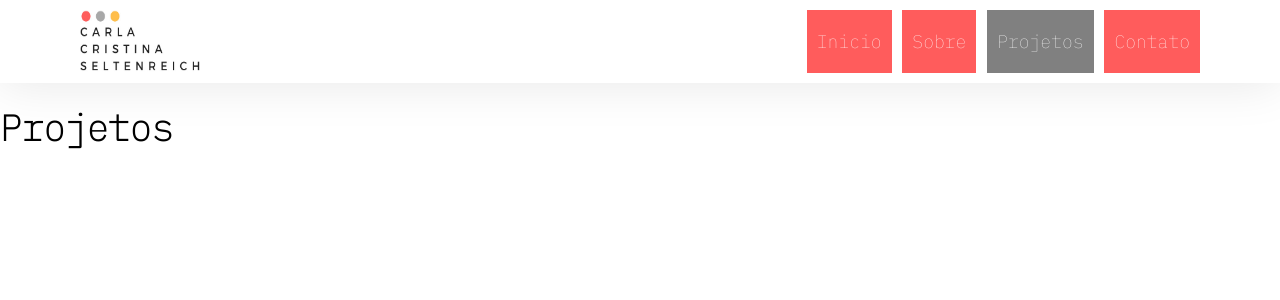
Repository: carla-seltenreich/portfolio
Page: project.html
The author's editor kept a copy of each file at every save. The page is drawn from the files as they stood at one save, then again after the next save.
The browser window is 1280 px wide. The pictures show the whole page.

Above is the page before, as saved 2022-05-25 15:50:02.

### project.html
<!DOCTYPE html>
<html lang="en">

<head>
    <meta charset="UTF-8">
    <meta http-equiv="X-UA-Compatible" content="IE=edge">
    <meta name="viewport" content="width=device-width, initial-scale=1.0">
    <title>Carla Cristina Seltenreich</title>
    <link rel="preconnect" href="https://fonts.googleapis.com">
    <link rel="preconnect" href="https://fonts.gstatic.com" crossorigin>
    <link rel="stylesheet" href="style.css">

    <link href="preconnect" href="https://fonts.googleapis.com">
    <link rel="preconnect" href="https://fonts.gstatic.com" crossorigin>
    <link href="https://fonts.googleapis.com/css2?family=IBM+Plex+Mono:wght@100&family=Questrial&display=swap"
        rel="stylesheet">
</head>

<body>
    <header class="header">
        <div class="container header-container">
            <img src="Carla cristina sELTENREICH.jpg" alt="logo" class="brand">
            <ul class="nav">
                <li>
                    <a href="index.html">Inicio</a>
                </li>
                <li>
                    <a href="about.html">Sobre</a>
                </li>
                <li>
                    <a href="project.html" class="active">Projetos</a>
                </li>
                <li>
                    <a href="contact.html">Contato</a>
                </li>
            </ul>
        </div>
    </header>
    <div class="project">
        <h1 class="title-project">Projetos</h1>

    </div>
</body>
</html>

### style.css
body {
    font-family: 'IBM Plex Mono';
    font-size: 18px;
    padding-top: 120px;
    margin: 0;
}

.container {
    max-width: 1120px;
    margin: 0 auto;
}

.header {
    background: #fff;
    position: absolute;
    width: 100%;
    text-align: center;
    top: 0;
    z-index: 1;
    padding: 10px 0;
    box-shadow: 0 0 50px rgba(0, 0, 0, 0.1);
    box-sizing: border-box;
    align-items: center;
}

.brand {
    max-width: 120px;
}

.nav {
    margin: 0;
    padding: 0;
    list-style: none;
}

.nav li {
    background-color: #ff5c5c;
    display: inline-block;
}

.nav a {
    color: #fff;
    display: block;
    padding: 5px;
    text-decoration: none;
}

.nav a:hover {
    color: gray;

}

.nav a.active {
    color: #fff;
    background: gray;
}

.name {
    padding: 7px;
}

.name-title {
    text-align: center;
    font-size: 30px;
}


.photo-banner {
    background-color: #ff5c5c;
    width: 500px;
    display: block;
    max-width: 100%;
    margin: 0 auto;
    border-radius: 8px;
}

.lastest-projects-home {
    background-color: #ff5c5c;
    color: #fff;
    padding: 50px;
    position: center;
}

.logo-project {
    width: 30px;
    height: 30px;
}

.text-about-home {
    text-align: center;
}

.project {
    Width: 800px;
    Height: 57px;
    Top: 156px;
    Left: 283px;
    Blend: Pass through;
}

.footer {
    color: #fff;
    background: grey;
    padding: 30px 0;
    text-align: center;
}

.footer-container {
    display: block;
    justify-content: center;
}

.footer-contact a {
    display: block;
    color: #fff;
    text-decoration: none;
}

.footer-social-medias {}

.social-medias li {
    display: inline-block;
}

.social-meidas a {
    display: block;
    font-size: 25px;
    padding: 20px 10px;

}

.logo-socialmedia {
    width: 20px;
    padding: 10px;
}

.footer-contact address {
    margin-bottom: 20px;
}

.copyright {
    font-size: 12px;
    margin-top: 20px;
}

@media screen and (min-width: 768px) {
    body {
        padding-top: 80px;
    }

    .header-container {
        display: flex;
        justify-content: space-between;
    }

    .nav a {
        padding: 20px 10px;
    }
}

After the next save:
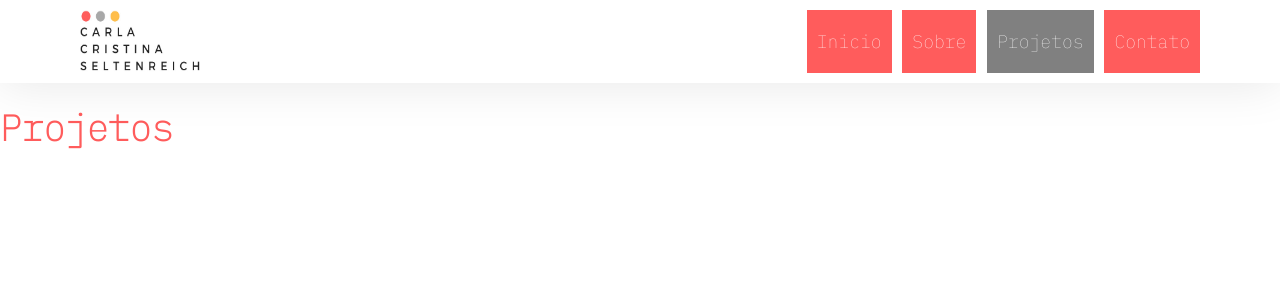
Saved 21 s later.
--- a/style.css
+++ b/style.css
@@ -95,7 +95,7 @@
     Height: 57px;
     Top: 156px;
     Left: 283px;
-    Blend: Pass through;
+    color:#ff5c5c;
 }
 
 .footer {

After the save that followed:
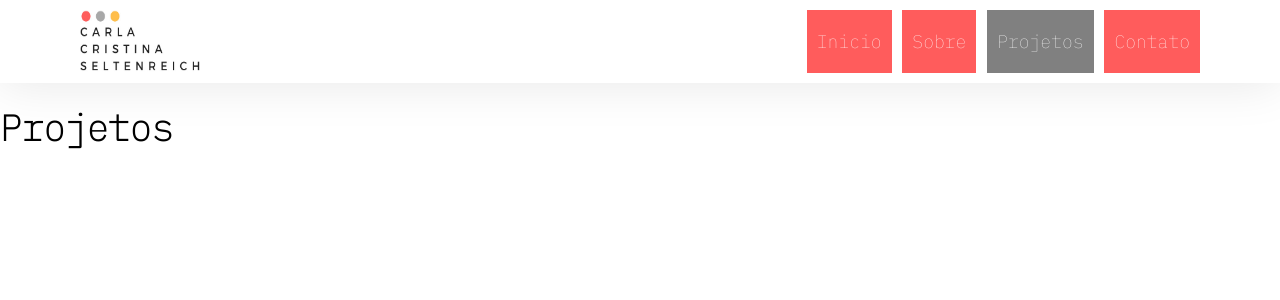
Saved 11 s later.
--- a/style.css
+++ b/style.css
@@ -95,7 +95,6 @@
     Height: 57px;
     Top: 156px;
     Left: 283px;
-    color:#ff5c5c;
 }
 
 .footer {
